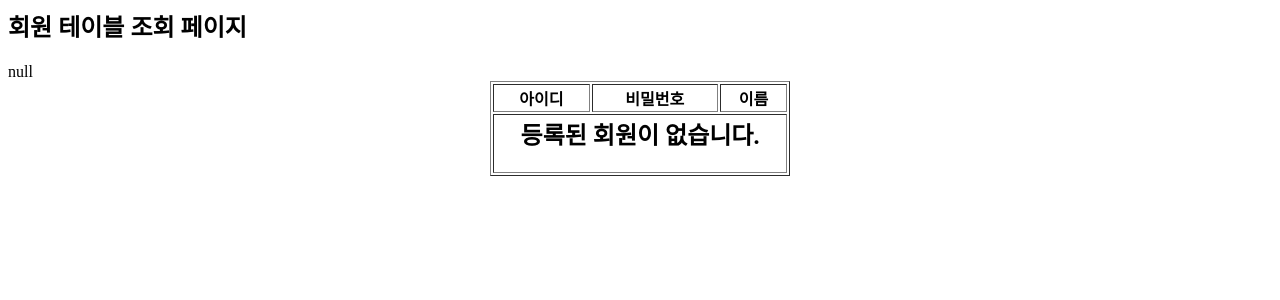
Repository: LTaeHoon/javajsp_ncs
Page: http://localhost/chap02_Directive_Object/scriptlet/memberSearch.jsp
These files come from the project's save history. The page is drawn as it stood at one moment and after the next save; the edit follows.
The browser window is 1280 px wide. The pictures show the whole page.
The page is served by Tomcat 9. Queries for data that is not in the repository find no rows.

Above is the page before, as saved 2017-01-12 04:53:56.

After the next save:
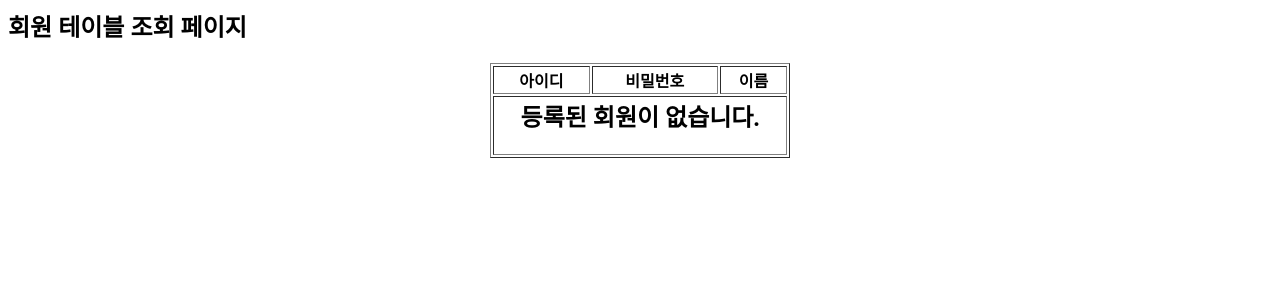
Saved 3 min 3 s later.
--- a/chap02_Directive_Object/WebContent/scriptlet/memberSearch.jsp
+++ b/chap02_Directive_Object/WebContent/scriptlet/memberSearch.jsp
@@ -26,12 +26,10 @@ String upwd="tiger";
 		//5. 데이터베이스 연결
 		con=DriverManager.getConnection(url,uid,upwd);
 		//6. 쿼리문 작성
-		sql = "select count(*) as "+"'count' from jsp_member";
+		sql = "select * from jsp_member";
 		pstmt=con.prepareStatement(sql);
 		rs = pstmt.executeQuery(); // select 문 실행
-		out.println(rs.getString("count"));
-		rs.close();
-		pstmt.close();
+
 		%>
 		<!--  <h2>전체 레코드 수 /h2>    -->
 		<table align="center" width="300" border="1">
@@ -41,9 +39,7 @@ String upwd="tiger";
 				<th>이름</th>
 			</tr>
 		<%
-		sql1 = "select * from jsp_member";
-		pstmt=con.prepareStatement(sql1);
-		rs = pstmt.executeQuery(); // select 문 실행
+
 			/* if(count>0){ */
 			while(rs.next()){ //true(회원 존재), false(회원 없음)
 				String db_pwd =rs.getString("pwd");  //비번 컬럼
